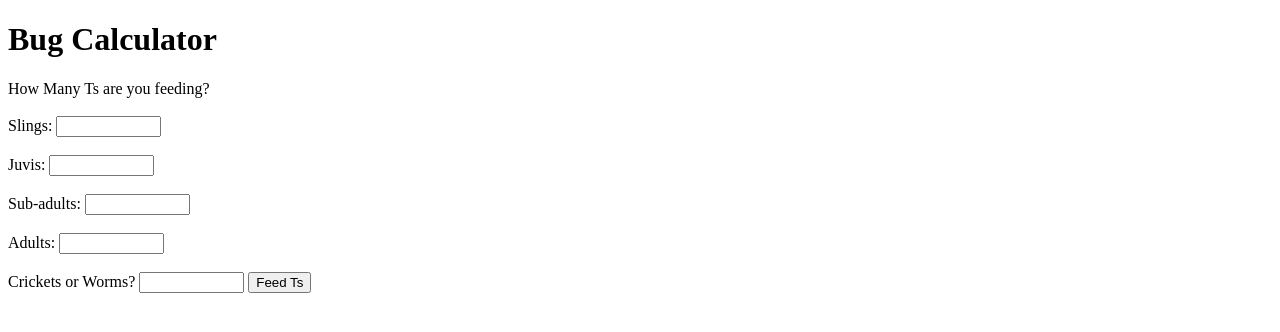
Repository: champloo2/JSPServeletCIS175
Page: http://localhost/TFeeder/status.jsp
An editor plug-in stored every save of this project. The page is shown before and after the next save, followed by the edit.
The browser window is 1280 px wide. The pictures show the whole page.
The page is served by Tomcat 9.

Above is the page before, as saved 2020-02-12 00:38:46.

After the next save:
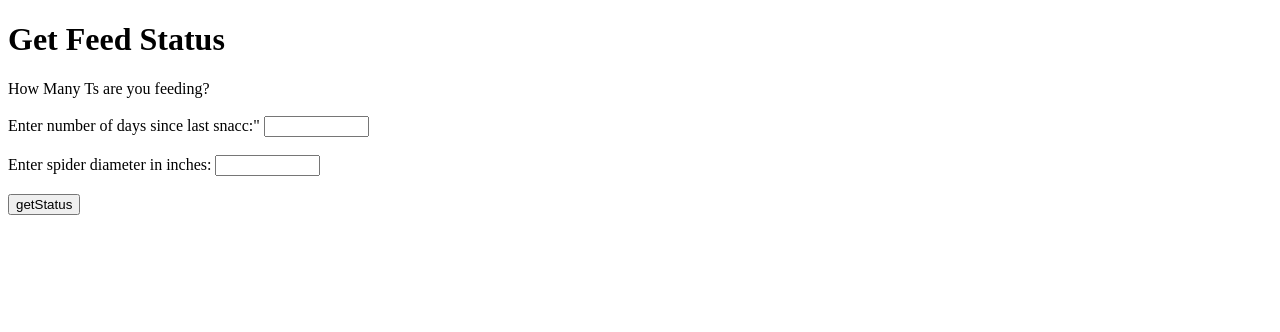
Saved 2 min 38 s later.
--- a/TFeeder/WebContent/status.jsp
+++ b/TFeeder/WebContent/status.jsp
@@ -5,23 +5,17 @@
 
 <head>
 <meta charset="ISO-8859-1">
-<title>Bug Calculator</title>
+<title>Feed Status</title>
 </head>
 <body>
-<h1>Bug Calculator</h1>
+<h1>Get Feed Status</h1>
 <form action="getCentsServlet" method="post">
 How Many Ts are you feeding? <br /><br />
-Slings:
-<input type="text" name="numOfSlings" size="10"><br /><br />
-Juvis:
+Enter number of days since last snacc:"
+<input type="text" name="daysSinceSnacc" size="10"><br /><br />
+Enter spider diameter in inches:
 <input type="text" name="numOfJuvis" size="10"><br /><br />
-Sub-adults:
-<input type="text" name="numOfSubs" size="10"><br /><br />
-Adults:
-<input type="text" name="numOfAdults" size="10"><br /><br />
-Crickets or Worms?
-<input type="text" name="feederType" size="10">
-<input type="submit" value="Feed Ts" />
+<input type="submit" value="getStatus" />
 </form>
 </body>
 </html>
